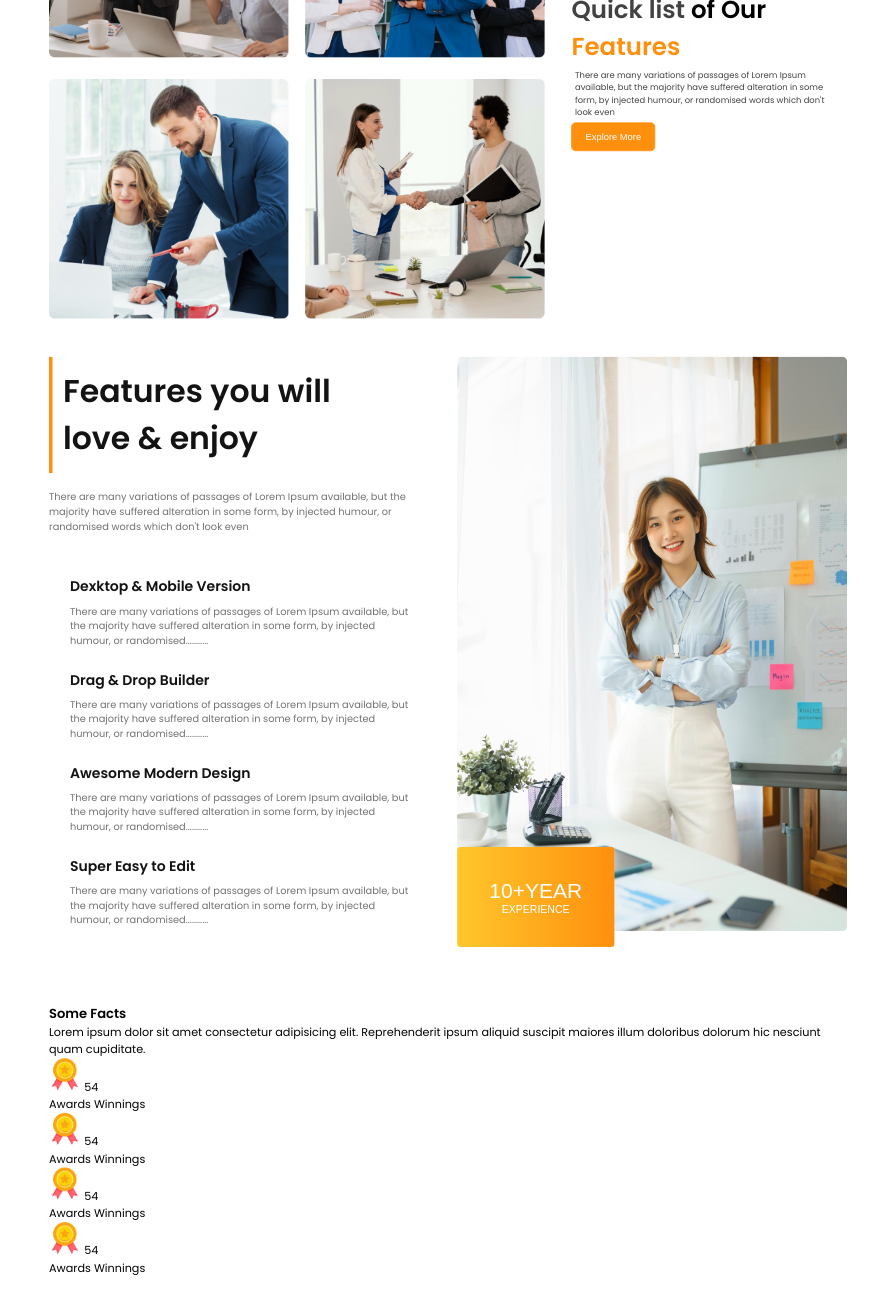
Repository: mdrubel02/G3_Architects
Page: index.html
The author's editor kept a copy of each file at every save. The page is drawn from the files as they stood at one save, then again after the next save.
The browser window is 1280 px wide. The pictures show the part of the page from y = 1237 to 3157 px (the page is 3109 px tall before and 3157 px after), at 70% of full size.

Above is the page before, as saved 2023-01-15 10:46:37.

### index.html
<!DOCTYPE html>
<html lang="en">

<head>
    <meta charset="UTF-8">
    <meta http-equiv="X-UA-Compatible" content="IE=edge">
    <meta name="viewport" content="width=device-width, initial-scale=1.0">
    <title>G3 Architects</title>
    <!-------- css link ---------->
    <link rel="stylesheet" href="/style.css">
</head>

<body>
    <!------------- Header section ----------->
    <header class="container">
        <nav>
            <div class="logo">
                <h2>G3 Architects</h2>
            </div>
            <ul class="navigation">
                <li><a href="">Home</a></li>
                <li><a href="">About</a></li>
                <li><a href="">Contact Us</a></li>
                <li><a href="">Login</a></li>
            </ul>
        </nav>
    </header>
    <!----------------- Banner section ---------------->
    <section class="container">
        <div class="banner_section">
            <div class="banner_left">
                <h1>Brand New Group of Architects
                </h1>
                <p>There are many variations of passages of Lorem Ipsum available, but the majority have suffered alteration in some form, by injected humour, or randomised words which don't look even</p>
                <button class="btn-primary">Explore More</button>
            </div>
            <div class="banner_right">
                <img class="banner" src="./images/banner.png" alt="">
            </div>
        </div>
    </section>
    <!------------------ Features Section----------->
    <section class="container">
        <div class="features_section">
            <div class="features_left">
                <div class="features_photos">
                    <img src="./images/team1.png" alt="">
                </div>
                <div class="features_photos">
                    <img src="./images/team2.png" alt="">
                </div>
                <div class="features_photos">
                    <img src="./images/team3.png" alt="">
                </div>
                <div class="features_photos">
                    <img src="./images/team4.png" alt="">
                </div>
            </div>
            <div class="features_right">
                <h1><span class="list">Quick list</span> <span class="our">of Our</span> <span class="feature">Features</span></h1>
                <p>There are many variations of passages of Lorem Ipsum available, but the majority have suffered alteration in some form, by injected humour, or randomised words which don't look even</p>
                <button class="btn btn-secondary">Explore More</button>
            </div>
        </div>
    </section>
    <!------------------features_destiny ----------->
    <section class="container">
        <div class="features_destiny">
            <div class="features_destiny_left">
                <div class="features_destiny_title">
                    <h1>Features you will love & enjoy</h1>
                </div>
                <p>There are many variations of passages of Lorem Ipsum available, but the majority have suffered alteration in some form, by injected humour, or randomised words which don't look even</p>
                <div class="feature_destiny_body">
                    <h3>Dexktop & Mobile Version</h3>
                    <p>There are many variations of passages of Lorem Ipsum available, but the majority have suffered alteration in some form, by injected humour, or randomised...........</p>
                    <h3>Drag & Drop Builder</h3>
                    <p>There are many variations of passages of Lorem Ipsum available, but the majority have suffered alteration in some form, by injected humour, or randomised...........</p>
                    <h3>Awesome Modern Design</h3>
                    <p>There are many variations of passages of Lorem Ipsum available, but the majority have suffered alteration in some form, by injected humour, or randomised...........</p>
                    <h3>Super Easy to Edit</h3>
                    <p>There are many variations of passages of Lorem Ipsum available, but the majority have suffered alteration in some form, by injected humour, or randomised...........</p>
                </div>

            </div>
            <div class="features_destiny_right">
                <img src="./images/architect.png" alt="">
                <button class="experience_btn"><a href="">10+Year
                    <span>Experience</span></a></button>
            </div>
        </div>
    </section>
    <!----------- activity section ----------->
    <section class="container">
        <div class="activity_section">
            <h3>Some Facts</h3>
            <p>Lorem ipsum dolor sit amet consectetur adipisicing elit. Reprehenderit ipsum aliquid suscipit maiores illum doloribus dolorum hic nesciunt quam cupiditate.</p>
            <div class="award_section">
                <div class="award_items">
                    <img src="./images/icons/ribon.png" alt="">
                    <span>54</span>
                    <p>Awards Winnings</p>
                </div>
                <div class="award_items">
                    <img src="./images/icons/ribon.png" alt="">
                    <span>54</span>
                    <p>Awards Winnings</p>
                </div>
                <div class="award_items">
                    <img src="./images/icons/ribon.png" alt="">
                    <span>54</span>
                    <p>Awards Winnings</p>
                </div>
                <div class="award_items">
                    <img src="./images/icons/ribon.png" alt="">
                    <span>54</span>
                    <p>Awards Winnings</p>
                </div>
            </div>
        </div>
    </section>
</body>

</html>

### style.css
/* =====GOOGLE FONTS====== */
@import url('https://fonts.googleapis.com/css2?family=Poppins:wght@300;400;500;600&display=swap');

/* =====COMMON STYLES====== */
* {
    margin: 0;
    padding: 0;
    border: 0;
    outline: 0;
    list-style: none;
    text-decoration: none;
}

body {
    font-family: 'Poppins', sans-serif;
}
.container {
    max-width: 1200px;
    margin: 0 auto;
    padding: 0 30px;
    margin-bottom: 3rem;
    box-sizing: border-box;
}

a {
    color: #fff;
    transition: all 400ms ease;
}

a:hover {
    color: #fff;
}

.btn {
    text-align: center;
    width: max-content;
    display: inline-block;
    color: #fff;
    padding: 0.75rem 1.2rem;
    border-radius: 0.4rem;
    border: 1px solid #FF900E;
    transition: all 400ms ease;
    cursor: pointer;
}
.btn-secondary {
    background: #FF900E;
    color: #fff;
}
.btn:hover {
    background: #fff;
    color:  #FF900E;
    border: 1px solid  #FF900E;
}

.btn-primary {
    outline: 0;
    border: 0;
    padding: 15px 20px;
    color: #fff;
    font-size: 18px;
    text-transform: uppercase;
    border-radius: 5px;
    background-image: linear-gradient(90deg, #FF900E, #FFC72C);
    cursor: pointer;
    box-shadow:0 7px 0 #FF900E ;
    position: relative;
    top: 0;
}
.btn-primary:active{
    top: 5px;
    box-shadow:0 2px 0 #FF900E ;
}
/*<=============== style header section=================> */
nav{
    display: flex;
    justify-content: space-between;
    height: 80px;
    align-items: center;
}
.navigation{
    display: flex;
}
.navigation li{
    list-style: none;
    margin: 10px;
}
.navigation li a{
    color: #424242;
    font-size: 20px;
    font-weight: 500;
    text-decoration: none;
    padding: 15px 10px;
}
.logo h2{
    font-size: 40px;
    font-weight: 700;
    /* text-align: center; */
}
/* <=============== banner section style ===============> */
.banner_section{
    display: flex;
    flex-direction: column;
    justify-content: center;
    align-items: center;
    gap: 3rem;
}
.banner_left{
    display: flex;
    flex-direction: column;
    justify-content: center;
    align-items: center;
    text-align: center;

}
.banner_left h1{
    font-size: 50px;
    font-weight: 700;
    color: #131313;
    width: 700px;
}
.banner_left p{
    color: #727272;
    font-size: 14px;
    width: 800px;
    text-align: center;
    padding: 5px;
}
.banner_right{
    width: 100%;
    display: flex;
    overflow: hidden;
    justify-content: center;
    align-items: center;
}
.banner{
    height: 500px;
}
/* ============== Style Feature section ============= */
.features_section{
    display: grid;
    grid-template-columns: 1fr 1fr;
    gap: 2.4rem;
}
.features_left{
    display: grid;
    grid-template-columns: repeat(2, 1fr);
    gap: 1.5rem;
}
.features_right{
    display: flex;
    flex-direction: column;
    justify-content: center;
    align-items: flex-start;
}
.features_right h1{
    font-size: 35px;
    font-weight: 700;
}
.features_right p{
    color: #424242;
    font-size: 12px;
    padding: 5px;
}
.list{
    color: #424242;
}
.feature{
    color: #FF900E;
}
/*============== Style features_destiny ============== */
.features_destiny{
    display: grid;
    grid-template-columns: repeat(2, 1fr);
    gap: 2rem;
}
.features_destiny_title{
    color: #131313;
    font-size: 30px;
    width: 450px;
    font-weight: 700;
    position: relative;
    border-left: 5px solid  #FF900E;
    padding: 15px;
    margin-bottom: 24px;
}
.features_destiny_left p{
    font-size: 14px;
    color: #727272;
    margin-bottom: 30px;
}
.feature_destiny_body{
    padding: 30px;
}
.feature_destiny_body h3{
    font-size: 20px;
    font-weight: 600;
    color: #131313;
    margin-bottom: 10px;
}
.features_destiny_right{
    width: 80%;
    position: relative;
}
.features_destiny_right img{
    width: 557px;
    height: 820px;
}
.experience_btn{
    outline: 0;
    border: 0;
    padding: 46px;
    color: #fff;
    font-size: 18px;
    text-transform: uppercase;
    border-radius: 5px;
    background-image: linear-gradient(90deg, #FFC72C, #FF900E);
    cursor: pointer;
    position: absolute;
    top: 80%;
    left: 0;
}
.experience_btn a{
    font-size: 30px;
}
.experience_btn a span{
    font-size: 15px;
    display: block;
}

After the next save:
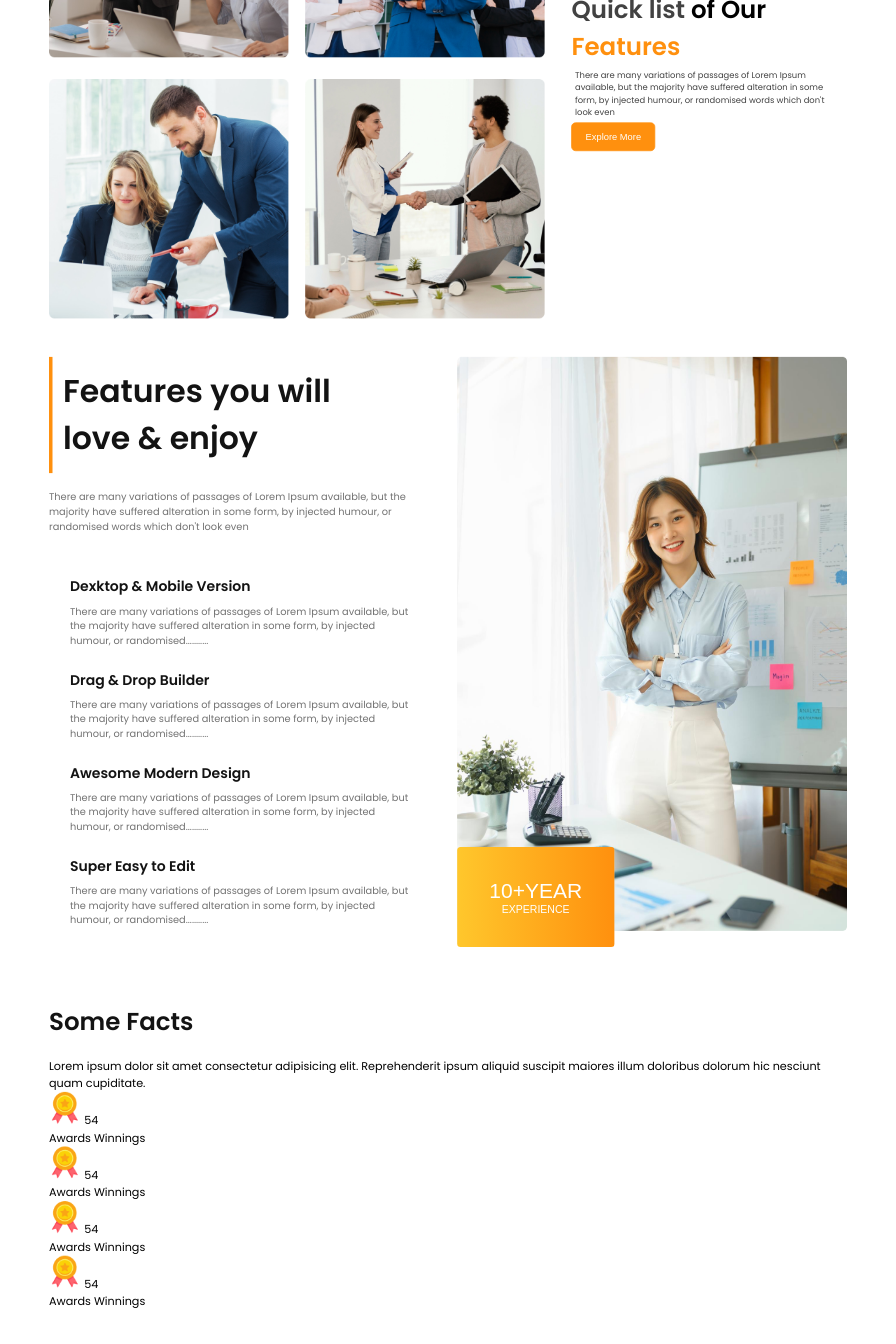
Saved 2 min 43 s later.
--- a/style.css
+++ b/style.css
@@ -226,3 +226,10 @@
     font-size: 15px;
     display: block;
 }
+/*=========== style activity section ===========  */
+.activity_section h3{
+    font-size: 35px;
+    font-weight: 700;
+    color: #131313;
+    margin-bottom: 24px;
+}
